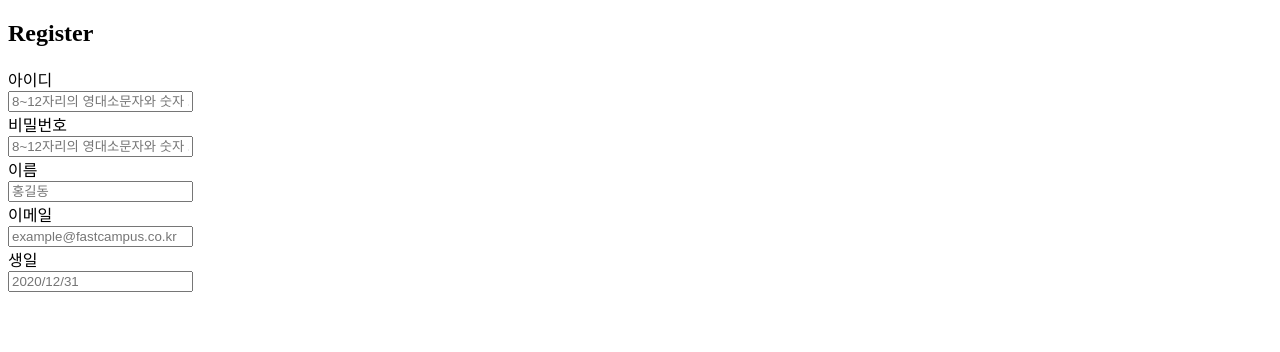
Repository: ksj2001/SpringBasic2024
Page: http://localhost/MVC_join/
These files come from the project's save history. The page is drawn as it stood at one moment and after the next save; the edit follows.
The browser window is 1280 px wide. The pictures show the whole page.
The page is served by Tomcat 9. Other server files are loaded and not shown.

Above is the page before, as saved 2024-07-02 14:08:13.

### MVC_join/src/main/webapp/WEB-INF/views/index.jsp
<%@ page language="java" contentType="text/html; charset=UTF-8"
    pageEncoding="UTF-8"%>
<!DOCTYPE html>
<html>
<head>
<meta charset="UTF-8">
<title>Insert title here</title>
</head>
<body>
	<div class="registerBox">
		<div class="registerContent">
			<h2>Register</h2>
			<div class="inputs">
				<label>아이디</label><br>
				<input type="text" placeholder="8~12자리의 영대소문자와 숫자 조합"><br>
				<label>비밀번호</label><br>
				<input type="password" placeholder="8~12자리의 영대소문자와 숫자 조합"><br>
				<label>이름</label><br>
				<input type="text" placeholder="홍길동"><br>
				<label>이메일</label><br>
				<input type="text" placeholder="example@fastcampus.co.kr"><br>
				<label>생일</label><br>
				<input type="text" placeholder="2020/12/31"><br>
			</div>
		</div>
	</div>
</body>
</html>

After the next save:
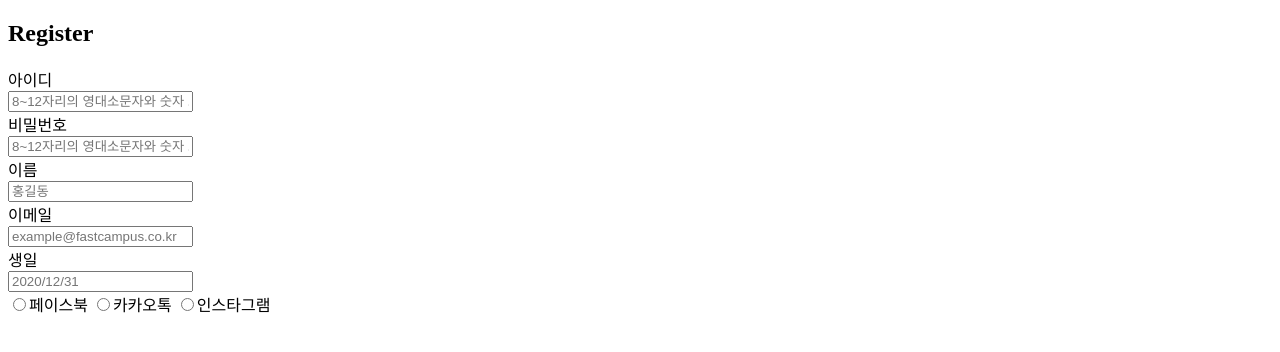
Saved 2 min 10 s later.
--- a/MVC_join/src/main/webapp/WEB-INF/views/index.jsp
+++ b/MVC_join/src/main/webapp/WEB-INF/views/index.jsp
@@ -21,6 +21,11 @@
 				<input type="text" placeholder="example@fastcampus.co.kr"><br>
 				<label>생일</label><br>
 				<input type="text" placeholder="2020/12/31"><br>
+				<div class="selectSns">
+					<input type="radio" name="sns" value="facebook">페이스북
+					<input type="radio" name="sns" value="kakaotalk">카카오톡
+					<input type="radio" name="sns" value="instagram">인스타그램
+				</div>
 			</div>
 		</div>
 	</div>
